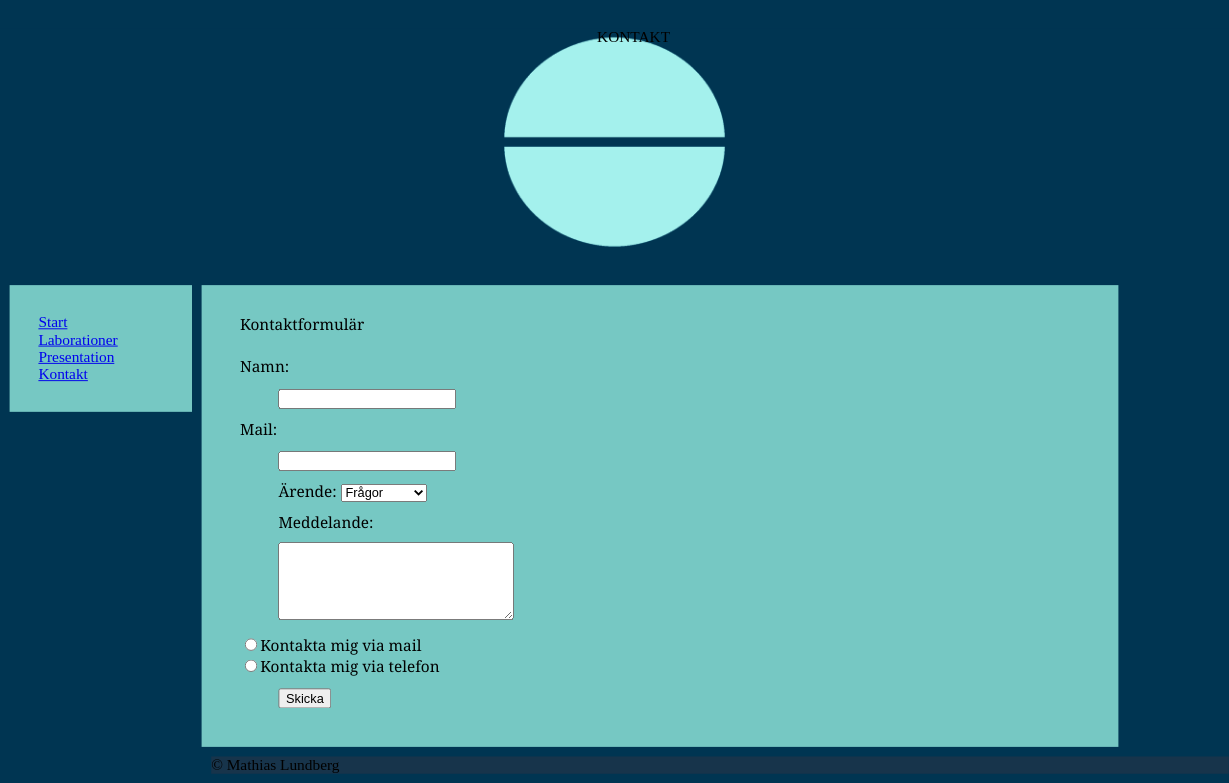
Repository: ml223nw/1ik415-laborationer
Page: pages/kontakt.html
The author's editor kept a record of every edit. The page is drawn from the files as they stood at one moment, then again after the next edit.
The browser window is 1280 px wide. The pictures show the whole page, at 96% of full size.

Above is the page before.

After the next edit:
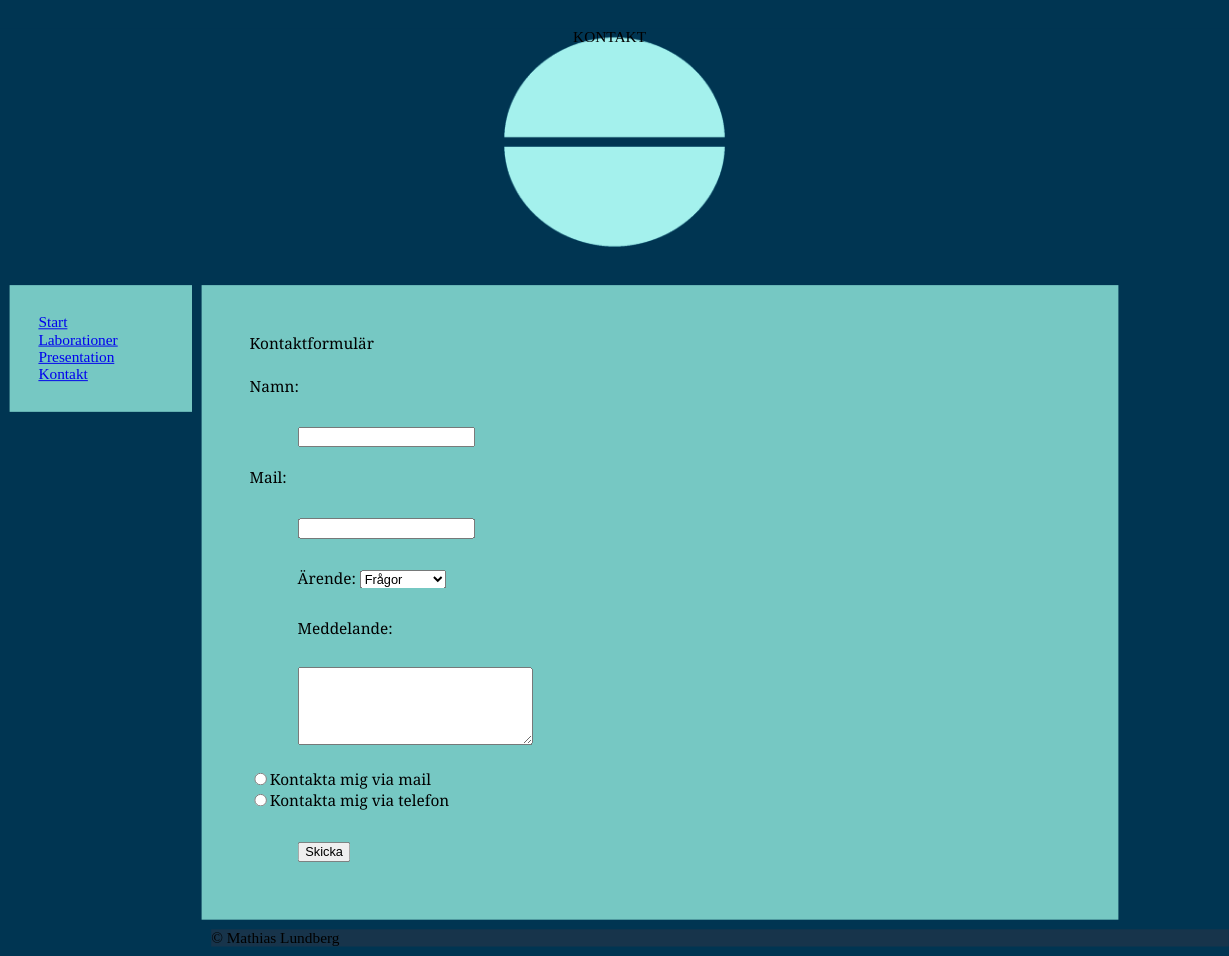
The edit:
--- a/css/style.css
+++ b/css/style.css
@@ -78,10 +78,8 @@
     list-style:none;
 	}
 
-#content p, h1, h2, h3, video, img, form, ul, table {
-    margin-left:40px;
-    margin-top:10px;
-    margin-bottom:10px;
+#content p, h1, h2, h3, h4, video, img, form, ul, ol, table {
+    margin:30px 60px 20px 50px;
     }
 
 #content li {
